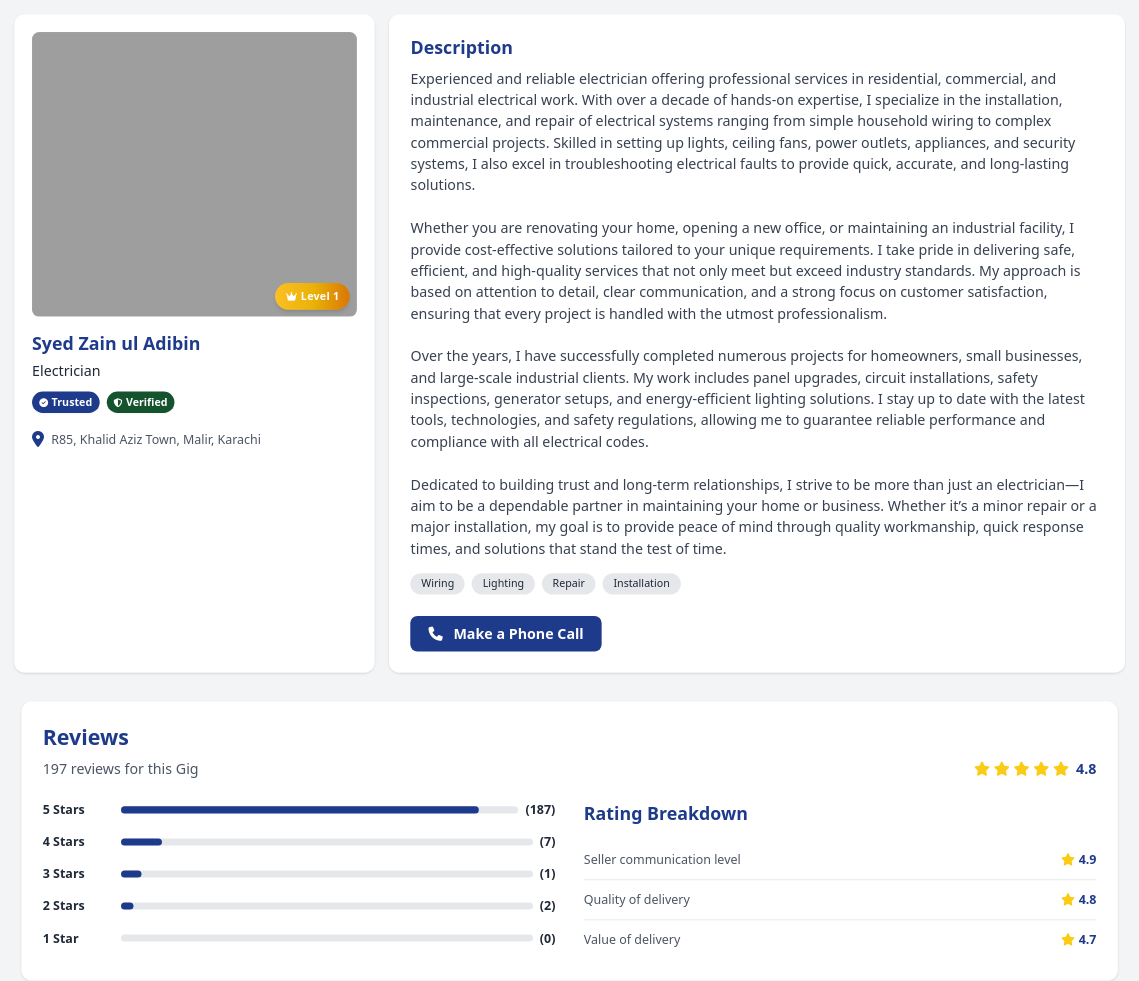
Repository: ARFA-SAEED/miljayega
Page: src/Mobile/showphonenum.html
An editor plug-in stored every save of this project. The page is shown before and after the next save, followed by the edit.
The browser window is 1280 px wide. The pictures show the whole page, at 89% of full size.
Pictures or frames that could not be fetched are drawn as grey boxes. Some web libraries are served in a nearby version.

Above is the page before, as saved 2025-08-25 13:41:23.

### src/Mobile/showphonenum.html
<!DOCTYPE html>
<html lang="en">

<head>
    <meta charset="UTF-8">
    <meta name="viewport" content="width=device-width, initial-scale=1.0">
    <title>Show phone number</title>
    <script src="https://cdn.tailwindcss.com"></script>
    <!-- Font Awesome -->
    <link href="https://cdnjs.cloudflare.com/ajax/libs/font-awesome/6.5.2/css/all.min.css" rel="stylesheet">
</head>

<body class="bg-gray-100 text-gray-800 min-h-screen">

    <!-- Full Page Wrapper -->
    <div class="min-h-screen">

        <!-- Top Section -->
        <div class="grid md:grid-cols-3 gap-4 p-4">
            <!-- Left: Profile Info -->
            <div class="relative bg-white p-5 rounded-xl shadow">

                <!-- Profile Image Wrapper (relative for badge positioning) -->
                <div class="relative">
                    <!-- Profile Image -->
                    <img src="https://tse1.mm.bing.net/th/id/OIP.OM7kDDw488nJCeqM8MJHCQHaF1?pid=Api&P=0&h=220"
                        alt="Profile Image" class="rounded-lg w-full h-64 sm:h-72 md:h-80 object-cover">

                    <!-- Badge -->
                    <span class="absolute bottom-2 right-2 inline-flex items-center px-3 py-1.5
                   bg-gradient-to-r from-amber-400 via-yellow-500 to-amber-600
                   text-white text-[11px] sm:text-[12px] font-semibold
                   rounded-full shadow-md tracking-wide">
                        <i class="fa-solid fa-crown mr-1 text-[10px] sm:text-[11px]"></i>
                        Level 1
                    </span>
                </div>

                <!-- Name -->
                <h2 class="mt-4 text-lg sm:text-xl font-bold text-blue-900">Syed Zain ul Adibin</h2>

                <!-- Job -->
                <p class="mt-1 text-sm sm:text-base">Electrician</p>

                <!-- Status Badges -->
                <div class="flex flex-wrap gap-2 mt-3">
                    <span
                        class="bg-blue-900 text-white text-xs font-semibold px-2 py-1 rounded-full flex items-center shadow-sm">
                        <i class="fa-solid fa-check-circle mr-1 text-[10px]"></i> Trusted
                    </span>
                    <span
                        class="bg-green-900 text-white text-xs font-semibold px-2 py-1 rounded-full flex items-center shadow-sm">
                        <i class="fa-solid fa-shield-alt mr-1 text-[10px]"></i> Verified
                    </span>
                </div>

                <!-- Location -->
                <p class="mt-4 text-sm text-gray-600 flex items-center">
                    <i class="fa-solid fa-location-dot text-blue-900 text-lg mr-2"></i>
                    R85, Khalid Aziz Town, Malir, Karachi
                </p>
            </div>



            <!-- Right: Description -->
            <div class="md:col-span-2 bg-white p-6 rounded-xl shadow flex flex-col">
                <h3 class="font-bold text-lg sm:text-xl mb-2 text-blue-900">Description</h3>

                <p class="text-sm sm:text-base text-gray-700 leading-6 flex-1">
                    Experienced and reliable electrician offering professional services in residential, commercial, and
                    industrial electrical work. With over a decade of hands-on expertise, I specialize in the
                    installation,
                    maintenance, and repair of electrical systems ranging from simple household wiring to complex
                    commercial
                    projects. Skilled in setting up lights, ceiling fans, power outlets, appliances, and security
                    systems, I also
                    excel in troubleshooting electrical faults to provide quick, accurate, and long-lasting solutions.
                    <br><br>
                    Whether you are renovating your home, opening a new office, or maintaining an industrial facility, I
                    provide
                    cost-effective solutions tailored to your unique requirements. I take pride in delivering safe,
                    efficient, and
                    high-quality services that not only meet but exceed industry standards. My approach is based on
                    attention to
                    detail, clear communication, and a strong focus on customer satisfaction, ensuring that every
                    project is
                    handled with the utmost professionalism.
                    <br><br>
                    Over the years, I have successfully completed numerous projects for homeowners, small businesses,
                    and
                    large-scale industrial clients. My work includes panel upgrades, circuit installations, safety
                    inspections,
                    generator setups, and energy-efficient lighting solutions. I stay up to date with the latest tools,
                    technologies, and safety regulations, allowing me to guarantee reliable performance and compliance
                    with all
                    electrical codes.
                    <br><br>
                    Dedicated to building trust and long-term relationships, I strive to be more than just an
                    electrician—I aim to
                    be a dependable partner in maintaining your home or business. Whether it’s a minor repair or a major
                    installation, my goal is to provide peace of mind through quality workmanship, quick response times,
                    and
                    solutions that stand the test of time.
                </p>

                <!-- Skills -->
                <div class="mt-4 flex flex-wrap gap-2">
                    <span class="px-3 py-1 bg-gray-200 rounded-full text-xs">Wiring</span>
                    <span class="px-3 py-1 bg-gray-200 rounded-full text-xs">Lighting</span>
                    <span class="px-3 py-1 bg-gray-200 rounded-full text-xs">Repair</span>
                    <span class="px-3 py-1 bg-gray-200 rounded-full text-xs">Installation</span>
                </div>

                <!-- Button aligned at bottom -->
                <div class="mt-6">
                    <button
                        class="px-5 py-2 bg-blue-900 text-white text-sm sm:text-base font-semibold rounded-lg hover:bg-blue-800 transition">
                        <i class="fa-solid fa-phone mr-2"></i> Make a Phone Call
                    </button>
                </div>
            </div>
        </div>



        <!-- Reviews Section -->
        <div class="bg-white p-4 sm:p-6 rounded-xl shadow mt-4 mx-2 sm:mx-6">
            <h3 class="font-bold text-blue-900 text-xl sm:text-2xl mb-2">Reviews</h3>
            <div class="flex flex-col sm:flex-row sm:justify-between sm:items-center gap-2">
                <p class="text-gray-600 text-sm sm:text-base">197 reviews for this Gig</p>
                <span class="text-blue-900 font-bold text-sm sm:text-base">
                    <i class="fa-solid fa-star text-yellow-400"></i>
                    <i class="fa-solid fa-star text-yellow-400"></i>
                    <i class="fa-solid fa-star text-yellow-400"></i>
                    <i class="fa-solid fa-star text-yellow-400"></i>
                    <i class="fa-solid fa-star text-yellow-400 me-2"></i>4.8
                </span>
            </div>

            <div class="grid md:grid-cols-2 gap-8 mt-6">
                <!-- Left: Stars Breakdown -->
                <div class="flex flex-col gap-4">
                    <div class="flex items-center text-xs sm:text-sm">
                        <span class="w-16 sm:w-20 font-semibold">5 Stars</span>
                        <div class="flex-1 bg-gray-200 h-2 rounded mx-2">
                            <div class="bg-blue-900 h-2 rounded" style="width:90%"></div>
                        </div>
                        <span class="font-semibold">(187)</span>
                    </div>
                    <div class="flex items-center text-xs sm:text-sm">
                        <span class="w-16 sm:w-20 font-semibold">4 Stars</span>
                        <div class="flex-1 bg-gray-200 h-2 rounded mx-2">
                            <div class="bg-blue-900 h-2 rounded" style="width:10%"></div>
                        </div>
                        <span class="font-semibold">(7)</span>
                    </div>
                    <div class="flex items-center text-xs sm:text-sm">
                        <span class="w-16 sm:w-20 font-semibold">3 Stars</span>
                        <div class="flex-1 bg-gray-200 h-2 rounded mx-2">
                            <div class="bg-blue-900 h-2 rounded" style="width:5%"></div>
                        </div>
                        <span class="font-semibold">(1)</span>
                    </div>
                    <div class="flex items-center text-xs sm:text-sm">
                        <span class="w-16 sm:w-20 font-semibold">2 Stars</span>
                        <div class="flex-1 bg-gray-200 h-2 rounded mx-2">
                            <div class="bg-blue-900 h-2 rounded" style="width:3%"></div>
                        </div>
                        <span class="font-semibold">(2)</span>
                    </div>
                    <div class="flex items-center text-xs sm:text-sm">
                        <span class="w-16 sm:w-20 font-semibold">1 Star</span>
                        <div class="flex-1 bg-gray-200 h-2 rounded mx-2"></div>
                        <span class="font-semibold">(0)</span>
                    </div>
                </div>

                <!-- Right: Rating Breakdown -->
                <div class="bg-white rounded-xl">
                    <h4 class="text-lg sm:text-xl text-blue-900 font-bold mb-4">Rating Breakdown</h4>

                    <!-- Row -->
                    <div class="flex justify-between items-center py-3 border-b">
                        <span class="text-gray-600 text-xs sm:text-sm">Seller communication level</span>
                        <div class="flex items-center font-semibold text-blue-900 text-xs sm:text-sm">
                            <i class="fa-solid fa-star text-yellow-400 mr-1"></i> 4.9
                        </div>
                    </div>

                    <!-- Row -->
                    <div class="flex justify-between items-center py-3 border-b">
                        <span class="text-gray-600 text-xs sm:text-sm">Quality of delivery</span>
                        <div class="flex items-center font-semibold text-blue-900 text-xs sm:text-sm">
                            <i class="fa-solid fa-star text-yellow-400 mr-1"></i> 4.8
                        </div>
                    </div>

                    <!-- Row -->
                    <div class="flex justify-between items-center py-3">
                        <span class="text-gray-600 text-xs sm:text-sm">Value of delivery</span>
                        <div class="flex items-center font-semibold text-blue-900 text-xs sm:text-sm">
                            <i class="fa-solid fa-star text-yellow-400 mr-1"></i> 4.7
                        </div>
                    </div>
                </div>
            </div>
        </div>

    </div>

</body>

</html>

After the next save:
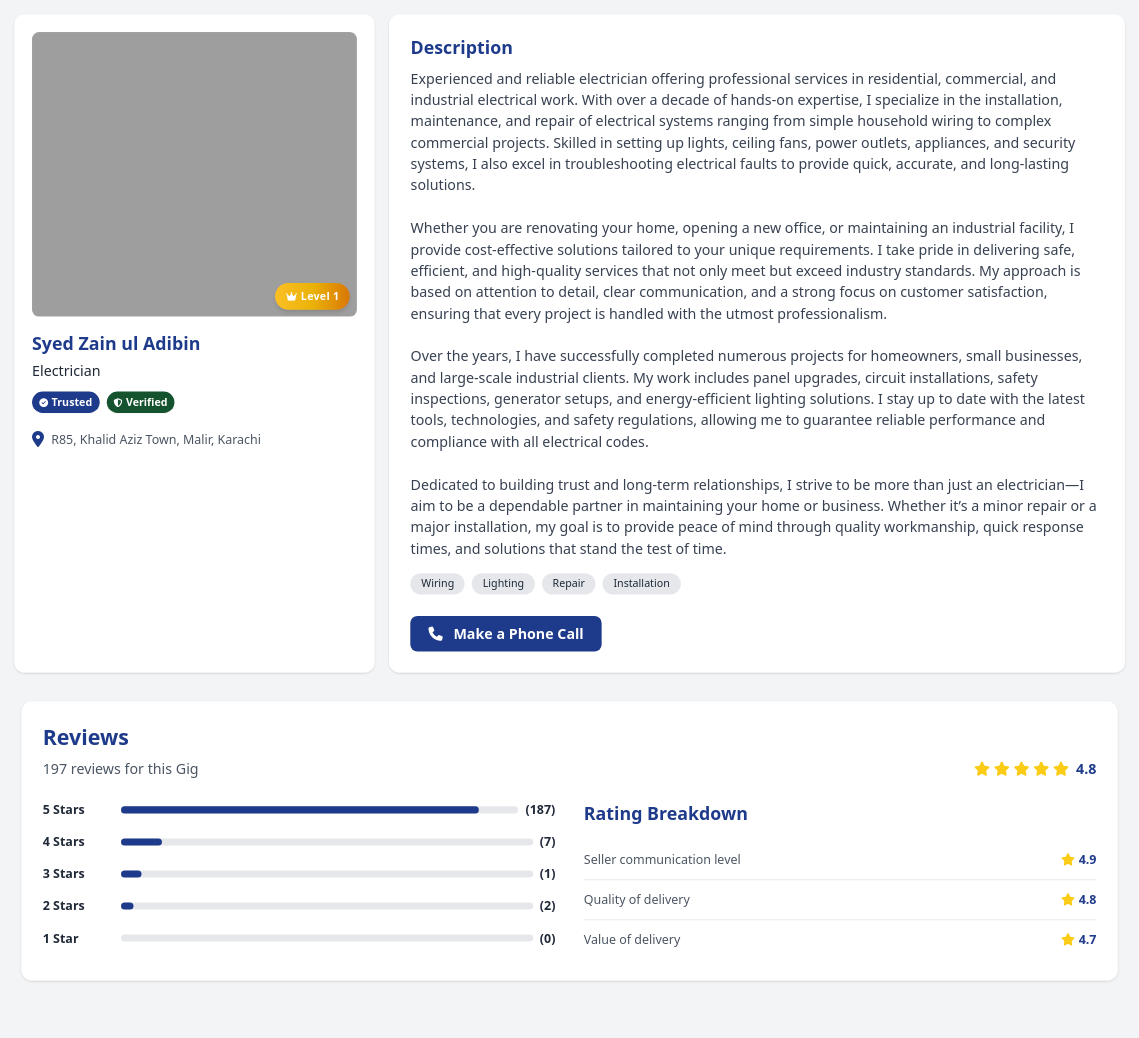
Saved 2 min 46 s later.
--- a/src/Mobile/showphonenum.html
+++ b/src/Mobile/showphonenum.html
@@ -125,7 +125,8 @@
 
 
         <!-- Reviews Section -->
-        <div class="bg-white p-4 sm:p-6 rounded-xl shadow mt-4 mx-2 sm:mx-6">
+        <div class="bg-white p-4 sm:p-6 rounded-xl shadow mt-4 mx-2 sm:mx-6 mb-6 sm:mb-10 lg:mb-16">
+
             <h3 class="font-bold text-blue-900 text-xl sm:text-2xl mb-2">Reviews</h3>
             <div class="flex flex-col sm:flex-row sm:justify-between sm:items-center gap-2">
                 <p class="text-gray-600 text-sm sm:text-base">197 reviews for this Gig</p>
